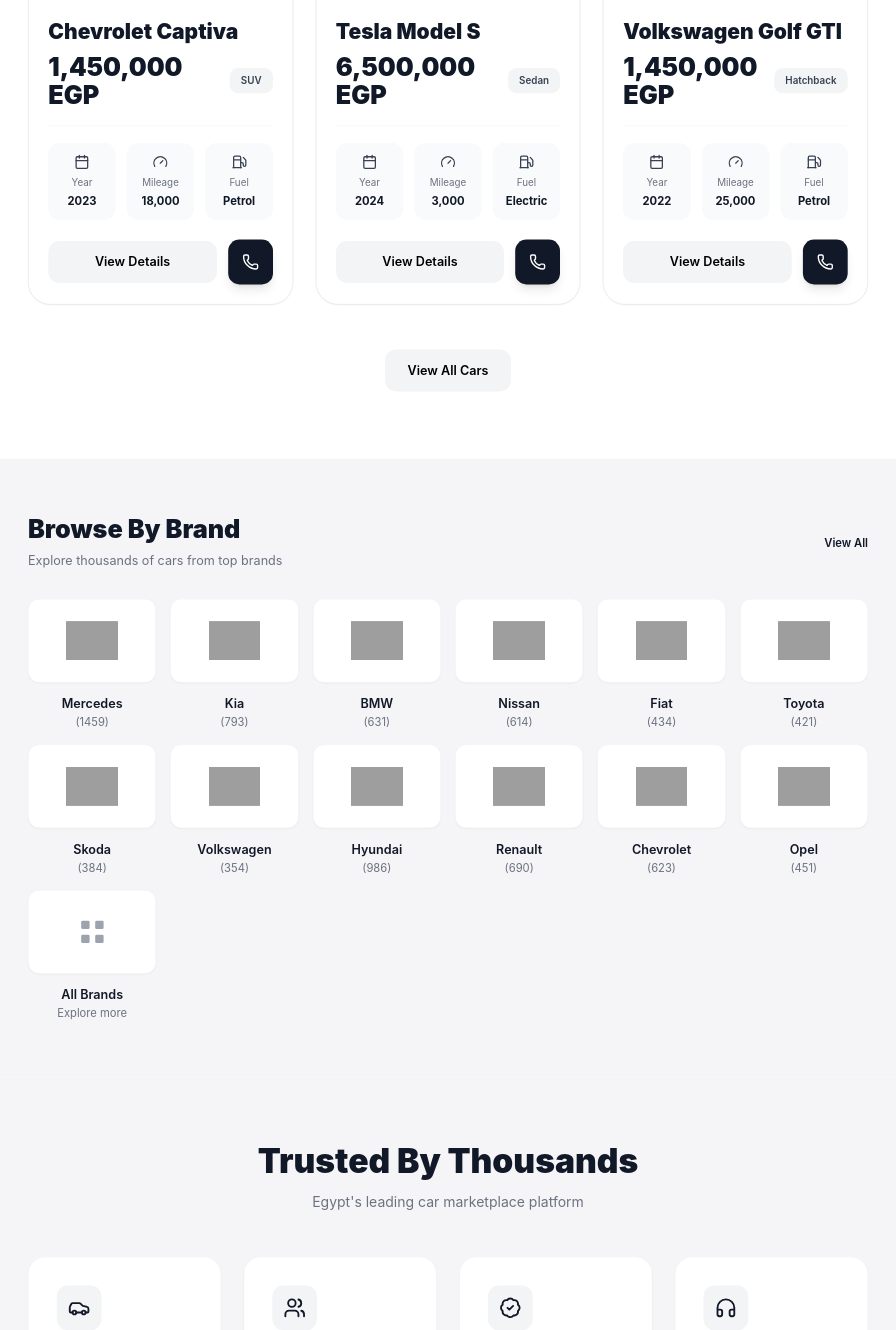
Repository: Hazem-Amr/Car-Price-Prediction
Page: / (app in frontend/)
The author's editor kept a copy of each file at every save. The page is drawn from the files as they stood at one save, then again after the next save.
The browser window is 1280 px wide. The pictures show the part of the page from y = 4105 to 6005 px (the page is 7592 px tall), at 70% of full size.
Pictures or frames that could not be fetched are drawn as grey boxes. The project was rebuilt for these pictures with package versions that can differ from the ones it lists, and the page was loaded fresh each time. Also part of the build but not shown: frontend/vite.config.js, frontend/src/components/PricePredictorSection.jsx, frontend/src/data/userListings.js, frontend/src/components/CarsFilter.jsx, frontend/src/pages/Cars.jsx, frontend/src/pages/CarDetails.jsx, frontend/src/pages/Brands.jsx, frontend/src/pages/About.jsx and 5 more.

Above is the page before, as saved 2026-05-27 23:48:18.

### frontend/index.html
<!doctype html>
<html lang="en">
  <head>
    <meta charset="UTF-8" />
    <link rel="icon" type="image/svg+xml" href="/favicon.svg" />
    <meta name="viewport" content="width=device-width, initial-scale=1.0" />
    <title>Tara</title>
  </head>
  <body>
    <div id="root"></div>
    <script type="module" src="/src/main.jsx"></script>
  </body>
</html>

### frontend/src/App.jsx
import React from "react";
import { Routes, Route } from "react-router-dom";
import MainLayout from "./layouts/MainLayout";
import Home from "./pages/Home";
import Cars from "./pages/Cars";
import CarDetails from "./pages/CarDetails";
import Brands from "./pages/Brands";
import About from "./pages/About";
import Contact from "./pages/Contact";
import PricePredictor from "./pages/PricePredictor";
import SellCar from "./pages/SellCar";

export default function App() {
  return (
    <Routes>
      <Route path="/" element={<MainLayout />}>
        <Route index element={<Home />} />
        <Route path="/cars" element={<Cars />} />
        <Route path="/cars/:id" element={<CarDetails />} />
        <Route path="/brands" element={<Brands />} />
        <Route path="/price-predictor" element={<PricePredictor />} />
        <Route path="/sell-car" element={<SellCar />} />
        <Route path="/about" element={<About />} />
        <Route path="/contact" element={<Contact />} />
      </Route>
    </Routes>
  );
}

### frontend/src/index.css
@tailwind base;
@tailwind components;
@tailwind utilities;

html,
body,
#root {
  width: 100%;
  min-height: 100%;
  margin: 0;
  padding: 0;
  overflow-x: hidden;
}

body {
  font-family: Inter, sans-serif;
  background: #ffffff;
}

* {
  box-sizing: border-box;
}

### frontend/src/layouts/MainLayout.jsx
import React from "react";
import { Outlet } from "react-router-dom";
import Navbar from "../components/Navbar";
import Footer from "../components/Footer";

export default function MainLayout() {
  return (
    <div className="w-full min-h-screen bg-white overflow-x-hidden">
      <Navbar />

      <main className="w-full">
        <Outlet />
      </main>

      <Footer />
    </div>
  );
}

### frontend/src/pages/Home.jsx
import Hero from "../components/Hero";
import SearchBar from "../components/SearchBar";
import FeaturedCars from "../components/FeaturedCars";
import BrandGrid from "../components/BrandGrid";
import StatsSection from "../components/StatsSection";
import CTASection from "../components/CTASection";
import PricePredictor from "../components/PricePredictorSection";
import BrowseCategories from "../components/BrowseCategories";

export default function Home() {
  return (
    <>
      <Hero />
      <SearchBar />
      <BrowseCategories />
      <FeaturedCars />
      <BrandGrid />
      <StatsSection />
      <CTASection />
    </>
  );
}

### frontend/src/components/Navbar.jsx
import React, { useState } from "react";
import { Link, NavLink } from "react-router-dom";
import { Menu, X } from "lucide-react";
import logo from "../assets/logo.png";

const navLinks = [
  {
    name: "Home",
    path: "/",
  },

  {
    name: "Cars",
    path: "/cars",
  },

  {
    name: "Brands",
    path: "/brands",
  },

  {
    name: "AI Pricing",
    path: "/price-predictor",
  },

  {
    name: "About",
    path: "/about",
  },

  {
    name: "Contact",
    path: "/contact",
  },
];

export default function Navbar() {
  const [isOpen, setIsOpen] = useState(false);

  return (
    <header className="fixed top-0 left-0 w-full z-50 bg-white/90 backdrop-blur-xl border-b border-gray-100">
      <div className="max-w-[1400px] mx-auto px-6 md:px-10">
        <div className="flex items-center justify-between h-24">
          {/* Logo */}
          <Link to="/" className="flex items-center">
            <img src={logo} alt="Tara Logo" className="h-14 object-contain" />
          </Link>

          {/* Desktop Nav */}
          <nav className="hidden lg:flex items-center gap-10">
            {navLinks.map((link) => (
              <NavLink
                key={link.name}
                to={link.path}
                className={({ isActive }) =>
                  `text-lg font-semibold transition-all duration-300 ${
                    isActive
                      ? "text-gray-900"
                      : "text-gray-500 hover:text-gray-900"
                  }`
                }
              >
                {link.name}
              </NavLink>
            ))}

            {/* CTA */}
            <Link to="/sell-car">
              <button className="bg-gray-900 hover:bg-black text-white px-7 py-3 rounded-2xl font-semibold transition-all duration-300 shadow-lg">
                Sell Your Car
              </button>
            </Link>
          </nav>

          {/* Mobile Menu Button */}
          <button
            onClick={() => setIsOpen(!isOpen)}
            className="lg:hidden w-12 h-12 rounded-2xl bg-gray-100 flex items-center justify-center"
          >
            {isOpen ? (
              <X size={26} className="text-gray-900" />
            ) : (
              <Menu size={26} className="text-gray-900" />
            )}
          </button>
        </div>
      </div>

      {/* Mobile Menu */}
      {isOpen && (
        <div className="lg:hidden bg-white border-t border-gray-100 shadow-xl">
          <div className="px-6 py-8 flex flex-col gap-5">
            {navLinks.map((link) => (
              <NavLink
                key={link.name}
                to={link.path}
                onClick={() => setIsOpen(false)}
                className={({ isActive }) =>
                  `text-lg font-semibold transition ${
                    isActive
                      ? "text-gray-900"
                      : "text-gray-500 hover:text-gray-900"
                  }`
                }
              >
                {link.name}
              </NavLink>
            ))}

            {/* Mobile CTA */}
            <Link to="/sell-car" onClick={() => setIsOpen(false)}>
              <button className="mt-4 w-full bg-gray-900 hover:bg-black text-white h-14 rounded-2xl font-semibold transition">
                Sell Your Car
              </button>
            </Link>
          </div>
        </div>
      )}
    </header>
  );
}

### frontend/src/components/Hero.jsx
import React from "react";
import { Link } from "react-router-dom";

export default function Hero() {
  return (
    <section className="w-full bg-[#f5f5f7] py-24 overflow-hidden">
      <div className="max-w-[1400px] mx-auto px-6 md:px-10 grid lg:grid-cols-2 gap-16 items-center">
        <div>
          <h1 className="text-6xl font-black leading-tight text-gray-900 mb-8">
            Find Your
            <br />
            Perfect Car
          </h1>

          <p className="text-xl text-gray-600 leading-9 mb-10">
            Buy and sell used cars easily with a modern marketplace experience.
          </p>

          <Link to="/cars">
            <button className="bg-[#111827] hover:bg-black text-white px-8 py-5 rounded-2xl text-lg font-semibold transition-all duration-300 shadow-lg">
              Browse Cars
            </button>
          </Link>
        </div>

        <div>
          <img
            src="https://images.unsplash.com/photo-1492144534655-ae79c964c9d7"
            alt="car"
            className="w-full h-[500px] object-cover rounded-[40px] shadow-2xl"
          />
        </div>
      </div>
    </section>
  );
}

### frontend/src/components/FeaturedCars.jsx
import React, { useState } from "react";
import { Link } from "react-router-dom";
import CarCard from "./CarCard";
import { cars } from "../data/cars";

const tabs = [
  {
    id: "all",
    label: "Featured Cars",
  },

  {
    id: "latest",
    label: "Latest Listings",
  },

  {
    id: "luxury",
    label: "Luxury Cars",
  },

  {
    id: "budget",
    label: "Budget Cars",
  },
];

export default function FeaturedCars() {
  const [activeTab, setActiveTab] = useState("all");

  const filteredCars =
    activeTab === "all"
      ? cars
      : cars.filter((car) => car.category === activeTab);

  return (
    <section className="py-24 bg-white">
      <div className="max-w-[1400px] mx-auto px-6 md:px-10">
        {/* Header */}
        <div className="flex flex-col lg:flex-row lg:items-center lg:justify-between gap-8 mb-14">
          {/* Title */}
          <div>
            <h2 className="text-5xl font-black text-gray-900 mb-4">
              Explore Cars
            </h2>

            <p className="text-xl text-gray-500">
              Discover premium listings tailored for you
            </p>
          </div>

          {/* Tabs */}
          <div className="flex flex-wrap gap-4">
            {tabs.map((tab) => (
              <button
                key={tab.id}
                onClick={() => setActiveTab(tab.id)}
                className={`px-6 py-3 rounded-2xl font-semibold transition-all duration-300 ${
                  activeTab === tab.id
                    ? "bg-gray-900 text-white shadow-lg"
                    : "bg-gray-100 text-gray-700 hover:bg-gray-100 hover:text-gray-900"
                }`}
              >
                {tab.label}
              </button>
            ))}
          </div>
        </div>

        {/* Cars Grid */}
        <div className="grid grid-cols-1 md:grid-cols-2 xl:grid-cols-3 gap-8">
          {filteredCars.map((car) => (
            <div
              key={car.id}
              className="hover:-translate-y-2 transition duration-300"
            >
              <CarCard car={car} />
            </div>
          ))}
        </div>

        {/* Bottom CTA */}
        <div className="flex justify-center mt-16">
          <Link to="/cars">
            <button className="bg-gray-100 hover:bg-gray-900 hover:text-white transition-all duration-300 px-8 py-4 rounded-2xl font-semibold text-lg">
              View All Cars
            </button>
          </Link>
        </div>
      </div>
    </section>
  );
}

### frontend/src/components/StatsSection.jsx
import React from "react";
import { Car, Users, BadgeCheck, Headphones } from "lucide-react";

const stats = [
  {
    value: "25K+",
    label: "Cars Listed",
    icon: Car,
  },
  {
    value: "10K+",
    label: "Happy Clients",
    icon: Users,
  },
  {
    value: "120+",
    label: "Brands",
    icon: BadgeCheck,
  },
  {
    value: "24/7",
    label: "Support",
    icon: Headphones,
  },
];

export default function StatsSection() {
  return (
    <section className="py-24 bg-[#f5f5f7]">
      <div className="max-w-[1400px] mx-auto px-6 md:px-10">
        {/* Header */}
        <div className="text-center mb-16">
          <h2 className="text-5xl font-black text-gray-900 mb-5">
            Trusted By Thousands
          </h2>

          <p className="text-xl text-gray-500">
            Egypt's leading car marketplace platform
          </p>
        </div>

        {/* Stats */}
        <div className="grid grid-cols-1 sm:grid-cols-2 lg:grid-cols-4 gap-8">
          {stats.map((item) => {
            const Icon = item.icon;

            return (
              <div
                key={item.label}
                className="bg-white rounded-3xl p-10 shadow-sm border border-gray-100 hover:shadow-2xl hover:-translate-y-2 transition-all duration-300"
              >
                {/* Icon */}
                <div className="w-16 h-16 rounded-2xl bg-gray-100 flex items-center justify-center mb-8">
                  <Icon size={32} className="text-gray-900" />
                </div>

                {/* Number */}
                <h3 className="text-5xl font-black text-gray-900 mb-4">
                  {item.value}
                </h3>

                {/* Label */}
                <p className="text-gray-500 text-lg">{item.label}</p>
              </div>
            );
          })}
        </div>
      </div>
    </section>
  );
}

### frontend/src/components/CTASection.jsx
import React from "react";
import { Link } from "react-router-dom";
import ctaCar from "../assets/cta-car.png";

export default function CTASection() {
  return (
    <section className="py-24 bg-white overflow-hidden">
      <div className="max-w-[1400px] mx-auto px-6 md:px-10">
        {/* CTA Card */}
        <div className="relative overflow-hidden rounded-[40px] bg-gradient-to-br from-[#0f172a] via-[#111827] to-[#1e293b] px-10 py-20 md:px-20">
          {/* Background Glow */}
          <div className="absolute top-0 right-0 w-[500px] h-[500px] bg-blue-500/10 rounded-full blur-3xl"></div>

          {/* Grid */}
          <div className="relative z-10 grid lg:grid-cols-2 gap-10 items-center">
            {/* LEFT CONTENT */}
            <div>
              {/* Badge */}
              <div className="inline-flex items-center gap-2 bg-white/10 backdrop-blur px-5 py-2 rounded-full text-white text-sm font-medium mb-8">
                Premium Marketplace
              </div>

              {/* Heading */}
              <h2 className="text-5xl md:text-6xl font-black text-white leading-tight mb-8">
                Ready To Find
                <br />
                Your Dream Car?
              </h2>

              {/* Text */}
              <p className="text-xl text-gray-300 leading-9 mb-12 max-w-2xl">
                Browse thousands of verified premium listings from trusted
                dealers across Egypt.
              </p>

              {/* Buttons */}
              <div className="flex flex-wrap gap-5">
                {/* Explore Cars */}
                <Link to="/cars">
                  <button className="bg-white text-gray-900 hover:bg-gray-200 transition-all duration-300 px-8 py-5 rounded-2xl text-lg font-semibold shadow-xl">
                    Explore Cars
                  </button>
                </Link>

                {/* Sell Your Car */}
                <Link to="/sell-car">
                  <button className="bg-white/10 hover:bg-white hover:text-gray-900 text-white transition-all duration-300 px-8 py-5 rounded-2xl text-lg font-semibold backdrop-blur border border-white/10">
                    Sell Your Car
                  </button>
                </Link>
              </div>
            </div>

            {/* RIGHT SIDE */}
            <div className="relative hidden lg:flex items-center justify-center">
              {/* Large Glow */}
              <div className="absolute w-[500px] h-[500px] bg-blue-500/20 blur-3xl rounded-full"></div>

              {/* Car PNG */}
              <img
                src={ctaCar}
                alt="Luxury Car"
                className="relative z-10 w-[720px] object-contain drop-shadow-[0_40px_80px_rgba(0,0,0,0.55)] hover:scale-105 transition duration-700"
              />

              {/* Floating Card */}
              <div className="absolute bottom-10 left-0 bg-white rounded-3xl px-6 py-5 shadow-2xl z-20">
                <p className="text-gray-500 text-sm mb-1">Premium Listings</p>

                <h3 className="text-4xl font-black text-gray-900">25K+</h3>
              </div>

              {/* Floating Badge */}
              <div className="absolute top-16 right-10 bg-white/10 backdrop-blur border border-white/10 text-white px-5 py-3 rounded-2xl z-20">
                Verified Dealers
              </div>
            </div>
          </div>
        </div>
      </div>
    </section>
  );
}

### frontend/src/data/cars.js
export const cars = [
  {
    id: 1,
    name: "BMW X5 2024",
    price: "6,850,000 EGP",
    image:
      "https://media.ed.edmunds-media.com/bmw/x5/2024/oem/2024_bmw_x5_4dr-suv_xdrive40i_fq_oem_1_815.jpg",
    year: 2024,
    km: "10,000",
    transmission: "Automatic",
    bodyType: "SUV",
    fuelType: "Petrol",
    color: "Blue",
    condition: "Excellent",
    phone: "+201012345678",
  },

  {
    id: 2,
    name: "Mercedes C200",
    price: "3,900,000 EGP",
    image:
      "https://legion-images.hatla2ee.com/original_image/3497b43a-1a5c-475b-a8b5-821b7f71e9b2/large.jpg",
    year: 2023,
    km: "20,000",
    transmission: "Automatic",
    bodyType: "Sedan",
    fuelType: "Petrol",
    color: "Silver",
    condition: "Excellent",
    phone: "+201098765432",
  },

  {
    id: 3,
    name: "Kia Sportage",
    price: "1,850,000 EGP",
    image: "https://cdn.motor1.com/images/mgl/133GM/s1/2022-kia-sportage.jpg",
    year: 2022,
    km: "40,000",
    transmission: "Automatic",
    bodyType: "SUV",
    fuelType: "Petrol",
    color: "Dark blue",
    condition: "Good",
    phone: "+201011122233",
  },

  {
    id: 4,
    name: "Audi RS7",
    price: "12,200,000 EGP",
    image:
      "https://platform.cstatic-images.com/in/v2/stock_photos/72330740-8105-498b-987c-46354017d84c/c6452ec9-9a91-4b72-b6c9-63858634519f.png",
    year: 2024,
    km: "5,000",
    transmission: "Automatic",
    bodyType: "Coupe",
    fuelType: "Petrol",
    color: "white",
    condition: "Excellent",
    phone: "+201055566677",
  },

  {
    id: 5,
    name: "Toyota Corolla",
    price: "1,300,000 EGP",
    image:
      "https://hips.hearstapps.com/mtg-prod/65a4c115adb8a40008364496/015-2023-toyota-corolla-hybrid-in-action.jpg",
    year: 2023,
    km: "15,000",
    transmission: "Automatic",
    bodyType: "Sedan",
    fuelType: "Petrol",
    color: "Magnetic gray",
    condition: "Excellent",
    phone: "+201022233344",
  },

  {
    id: 6,
    name: "Hyundai Elantra",
    price: "1,250,000 EGP",
    image:
      "https://cdn.motor1.com/images/mgl/GxoB1/s1/2022-hyundai-elantra-n.jpg",
    year: 2022,
    km: "35,000",
    transmission: "Automatic",
    bodyType: "Sedan",
    fuelType: "Petrol",
    color: "White",
    condition: "Good",
    phone: "+201077788899",
  },

  {
    id: 7,
    name: "Porsche Cayenne",
    price: "12,500,000 EGP",
    image:
      "https://cdn.motor1.com/images/mgl/bgm3W6/s3/2024-porsche-cayenne-turbo-e-hybrid-front-3-4.jpg",
    year: 2024,
    km: "2,000",
    transmission: "Automatic",
    bodyType: "SUV",
    fuelType: "Hybrid",
    color: "White",
    condition: "Excellent",
    phone: "+201066677788",
  },

  {
    id: 8,
    name: "Range Rover Sport",
    price: "13,500,000 EGP",
    image:
      "https://media.ed.edmunds-media.com/land-rover/range-rover-sport/2024/oem/2024_land-rover_range-rover-sport_4dr-suv_p550e-autobiography_fq_oem_1_1600.jpg",
    year: 2024,
    km: "1,000",
    transmission: "Automatic",
    bodyType: "SUV",
    fuelType: "Hybrid",
    color: "Red",
    condition: "Excellent",
    phone: "+201044455566",
  },

  {
    id: 9,
    name: "Nissan Sunny",
    price: "690,000 EGP",
    image:
      "https://autobazaardubai.com/wp-content/uploads/2024/08/Sunny-2021-5-1200x750.jpeg",
    year: 2021,
    km: "55,000",
    transmission: "Automatic",
    bodyType: "Sedan",
    fuelType: "Petrol",
    color: "Black",
    condition: "Fair",
    phone: "+201099988877",
  },

  {
    id: 10,
    name: "Chevrolet Captiva",
    price: "1,450,000 EGP",
    image:
      "https://www.carsooq.com/storage/uploads/247815/conversions/2023-chevrolet-captiva-premier-with-warranty-1-5l-150-hp-7-seater-5-door-automatic-petrol-front-wheel-drive-7-seats-5-doors-1754155214-large.webp",
    year: 2023,
    km: "18,000",
    transmission: "Automatic",
    bodyType: "SUV",
    fuelType: "Petrol",
    color: "Brown",
    condition: "Excellent",
    phone: "+201033344455",
  },

  {
    id: 11,
    name: "Tesla Model S",
    price: "6,500,000 EGP",
    image:
      "https://img.autobytel.com/chrome/colormatched_01/white/1280/cc_2024tsc02_01_1280/cc_2024tsc021982876_01_1280_pn01.jpg",
    year: 2024,
    km: "3,000",
    transmission: "Automatic",
    bodyType: "Sedan",
    fuelType: "Electric",
    color: "Black",
    condition: "Excellent",
    phone: "+201088899900",
  },

  {
    id: 12,
    name: "Volkswagen Golf GTI",
    price: "1,450,000 EGP",
    image:
      "https://di-uploads-pod40.dealerinspire.com/southernteamvolkswagen/uploads/2022/05/ogi1-2022-vw-golf-gti-long-term-001.jpg",
    year: 2022,
    km: "25,000",
    transmission: "Automatic",
    bodyType: "Hatchback",
    fuelType: "Petrol",
    color: "Grey",
    condition: "Good",
    phone: "+201011199988",
  },
];

Loaded but not shown: frontend/src/main.jsx (common file); frontend/tailwind.config.js (common file); frontend/src/components/BrandGrid.jsx (154 lines, source omitted); frontend/src/components/Footer.jsx (125 lines, source omitted); frontend/src/components/CarCard.jsx (112 lines, source omitted); frontend/src/components/BrowseCategories.jsx (160 lines, source omitted); frontend/src/components/SearchBar.jsx (103 lines, source omitted)

After the next save:
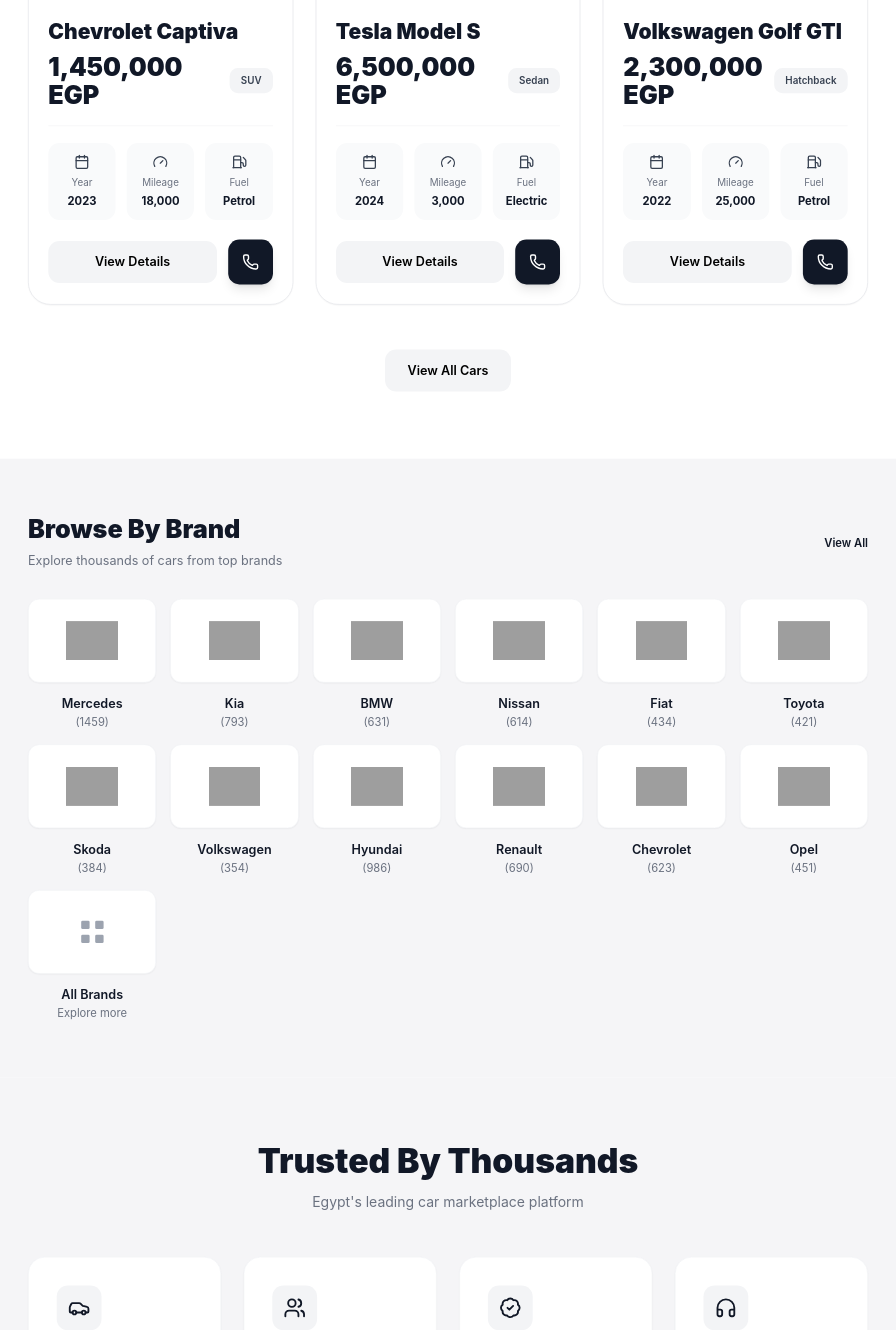
Saved 29 s later.
--- a/frontend/src/data/cars.js
+++ b/frontend/src/data/cars.js
@@ -177,7 +177,7 @@
   {
     id: 12,
     name: "Volkswagen Golf GTI",
-    price: "1,450,000 EGP",
+    price: "2,300,000 EGP",
     image:
       "https://di-uploads-pod40.dealerinspire.com/southernteamvolkswagen/uploads/2022/05/ogi1-2022-vw-golf-gti-long-term-001.jpg",
     year: 2022,
